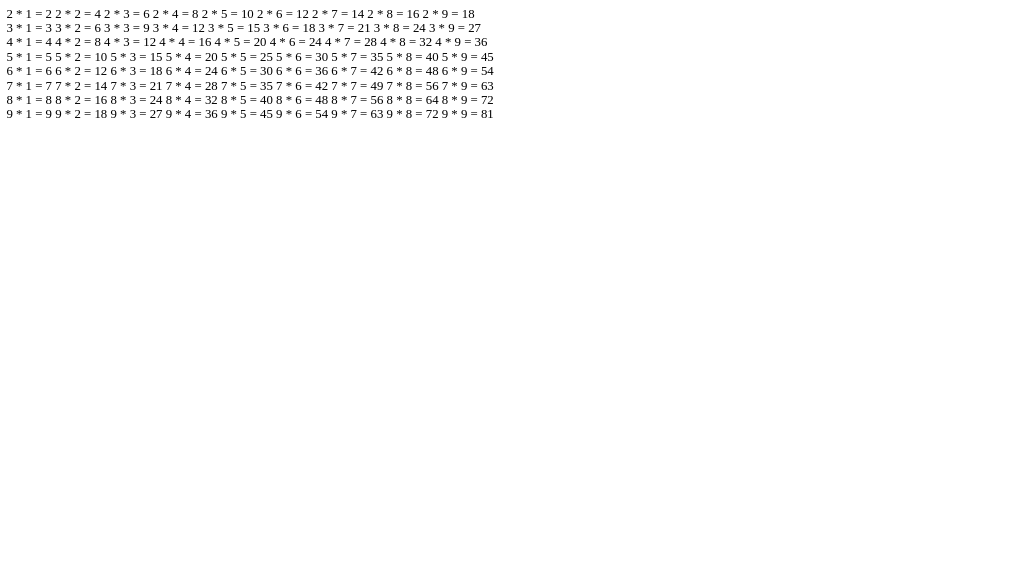
Repository: hrk09/JSPServlet
Page: http://localhost/edu/exam04.jsp
An editor plug-in stored every save of this project. The page is shown before and after the next save, followed by the edit.
The browser window is 1280 px wide. The pictures show the whole page, at 80% of full size.
The page is served by Tomcat 9. Nobody is signed in. The application's start-up code is not run.

Above is the page before, as saved 2022-06-30 04:44:42.

After the next save:
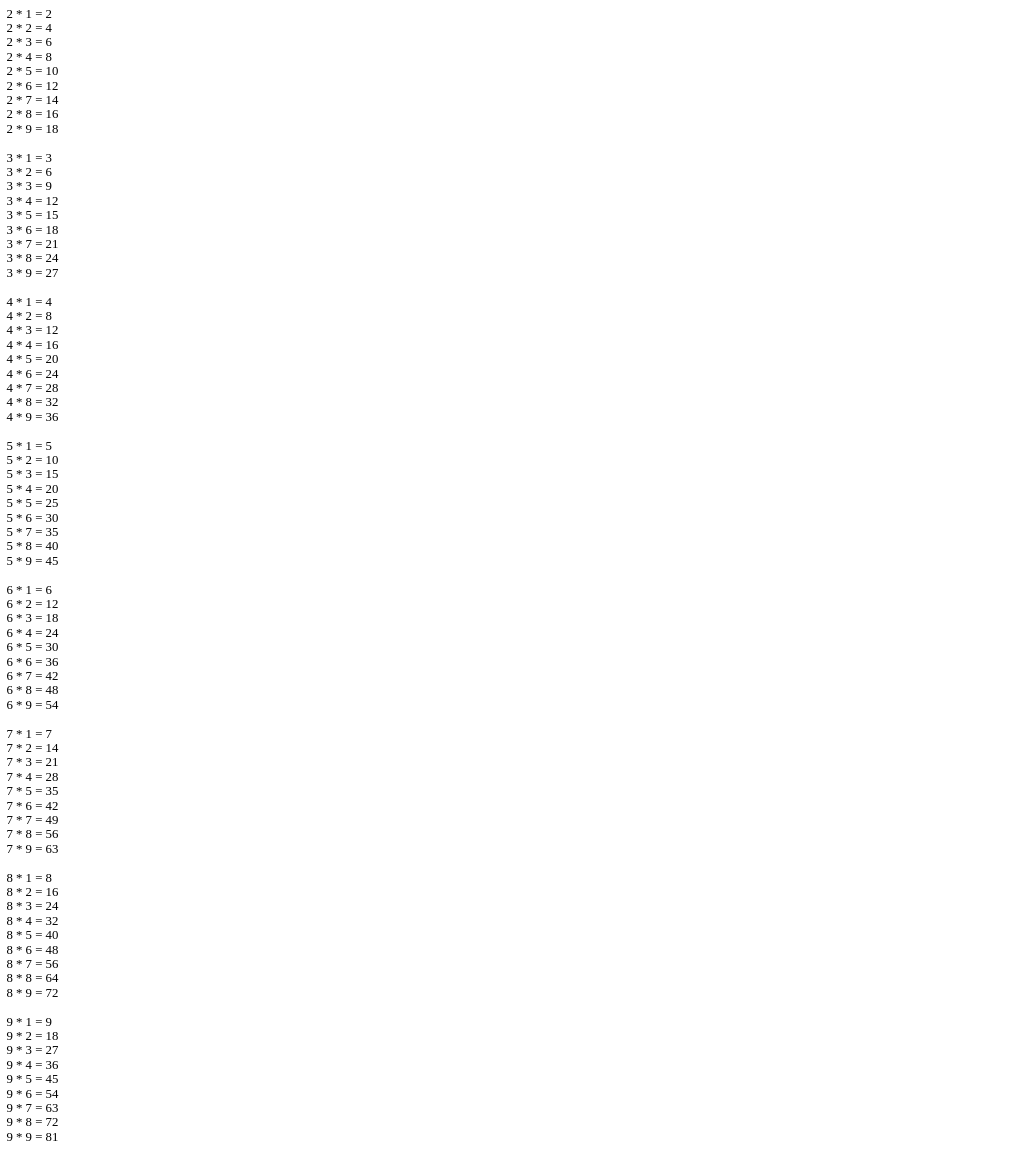
Saved 12 s later.
--- a/edu/WebContent/exam04.jsp
+++ b/edu/WebContent/exam04.jsp
@@ -5,7 +5,7 @@
 <%
 	for (int i = 2; i < 10; i++) {
 		for (int j = 1; j < 10; j++) { %>
-		<%= i  %> * <%= j %> = <%= i*j %>
+		<%= i  %> * <%= j %> = <%= i*j %><br>
 
 <%
 	} %> <br>
